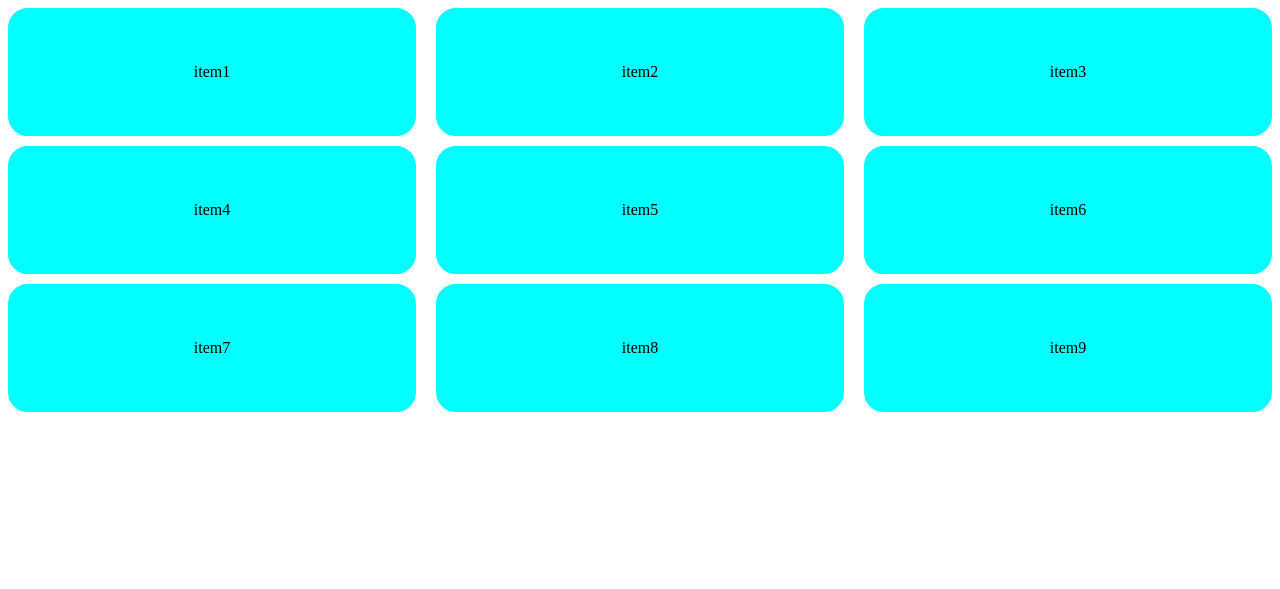
Repository: Pema-yangki/Css
Page: col.html
These files come from the project's save history. The page is drawn as it stood at one moment and after a run of saves; the edit follows.
The browser window is 1280 px wide. The pictures show the whole page.

Above is the page before, as saved 2024-04-05 14:47:09.

After the next 2 saves:
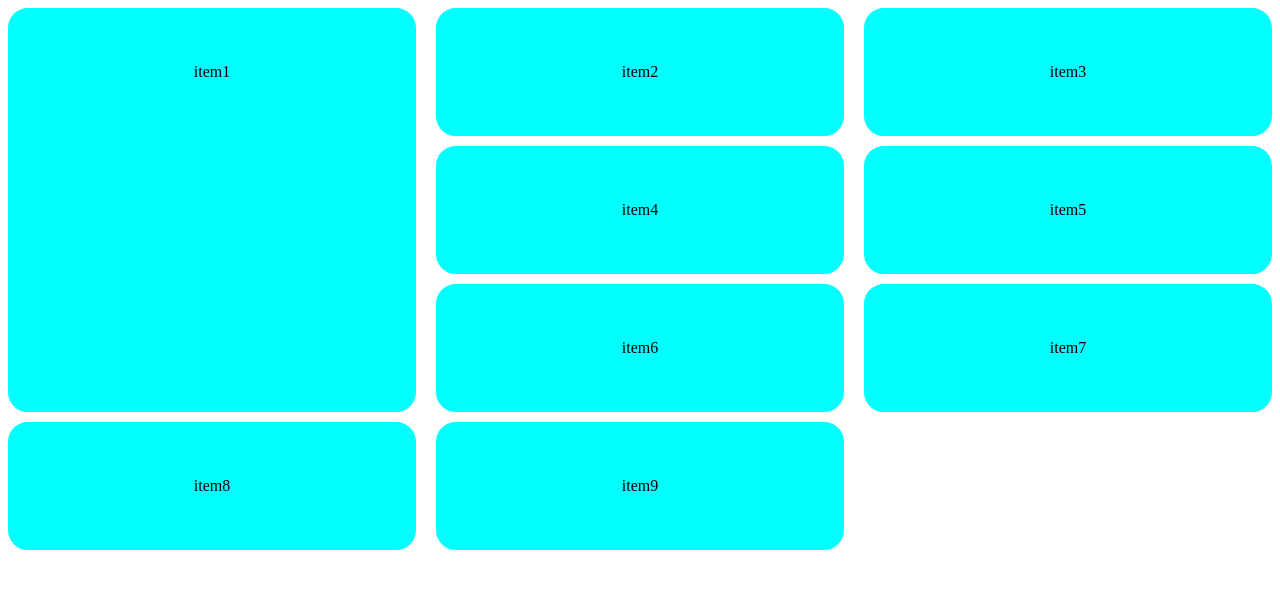
The 2 saves are shown as one change because they came seconds apart.
The last was saved 10 s later.
--- a/col.html
+++ b/col.html
@@ -25,7 +25,7 @@
         }
         .item1{
             /* grid-area: 1/1/span 2/span 2; */
-            grid-: 1/ span 3;
+            grid-row: 1/ span 3;
         }
 
         .item2{

After the 3 saves that followed:
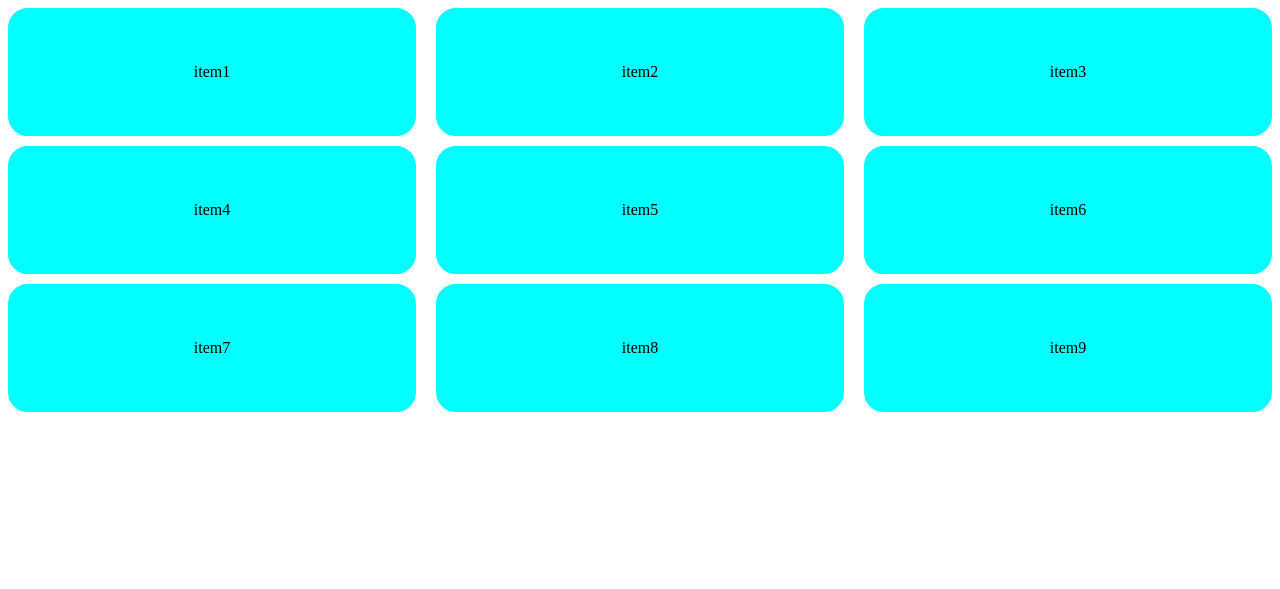
The 3 saves are shown as one change because 1 left the picture as it was and some came seconds apart.
The last was saved 36 s later.
--- a/col.html
+++ b/col.html
@@ -25,7 +25,7 @@
         }
         .item1{
             /* grid-area: 1/1/span 2/span 2; */
-            grid-row: 1/ span 3;
+            /* grid-row: 1/ span 3; */
         }
 
         .item2{
